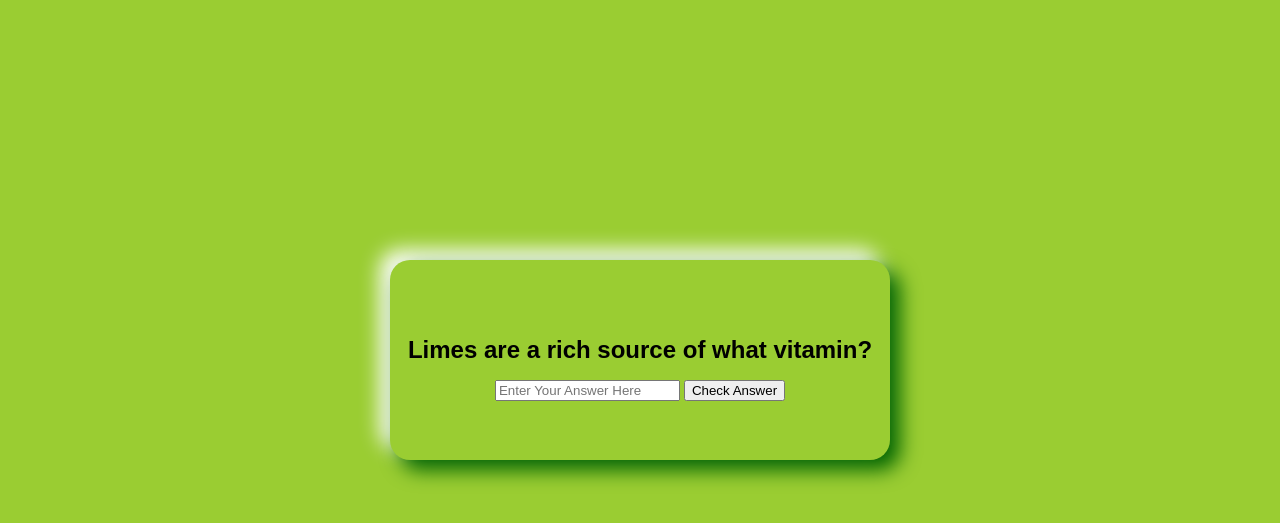
Repository: Joseph061200/Dynamic_Lab2
Page: joseph.html
These files come from the project's save history. The page is drawn as it stood at one moment and after the next save; the edit follows.
The browser window is 1280 px wide. The pictures show the whole page.

Above is the page before, as saved 2020-02-20 14:29:47.

### joseph.html
<!DOCTYPE html>
<html>
    <head>
        <title>Joseph</title>
        <link rel="stylesheet" href="joseph.css">
    </head>
    <body>
        <div class="app">
            <div class="pop_up question">
                <h1 class="h1">Limes are a rich source of what vitamin?</h1>
                <div>
                    <input id="answer" type="text" placeholder="Enter Your Answer Here">
                    <button onclick="CheckAnswer()">Check Answer</button>
                </div>
            </div>
        </div>
        <script src="joseph.js"></script>
    </body>
</html>

### joseph.css
body,html {
    margin: 0;
}
.app{
    width: 100vw;
    height: 100vh;
    display: flex;
    justify-content: center;
    align-items: center;
    background-color: yellowgreen;
}
.pop_up{
    width: 500px;
    height: 200px;
    display: flex;
    flex-direction: column;
    justify-content: center;
    align-items: center;
    background-color: yellowgreen;
    border-radius: 20px;
    box-shadow: 10px 10px 20px darkgreen,-10px -10px 20px white;

}
h1 {
    font-family: sans-serif;
    font-size: 24px;
}

### joseph.js
function CheckAnswer(){
    var myInput = document.querySelector("#answer").value;
    console.log(myInput);
    if (myInput === "B"){
        alert("Correct!");
    }else {
        alert("wrong");
    }
}

After the next save:
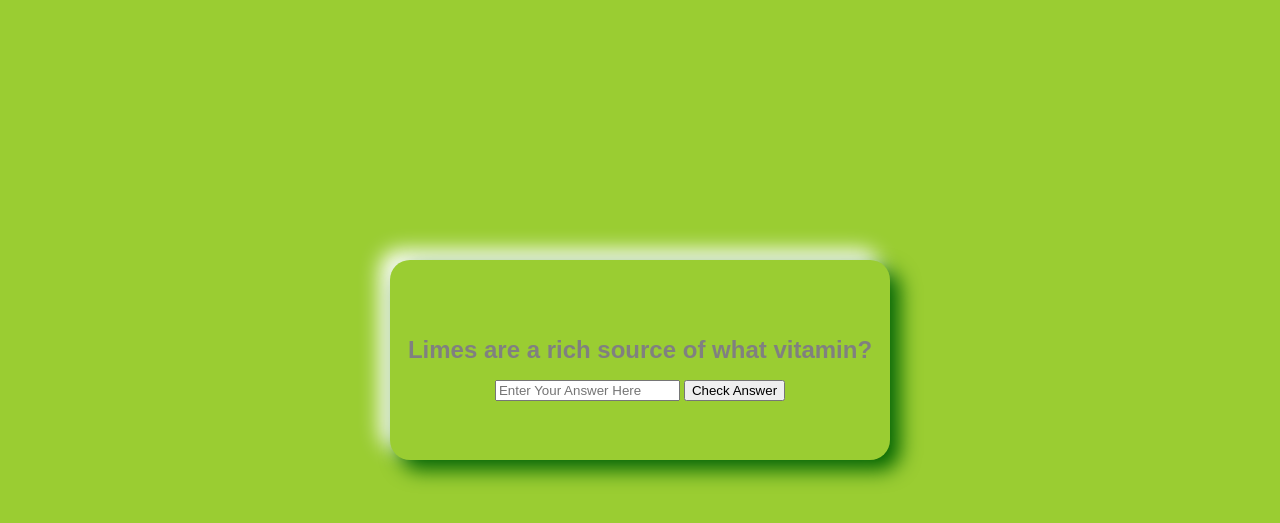
Saved 26 s later.
--- a/joseph.css
+++ b/joseph.css
@@ -24,4 +24,5 @@ body,html {
 h1 {
     font-family: sans-serif;
     font-size: 24px;
+    color: grey
 }
